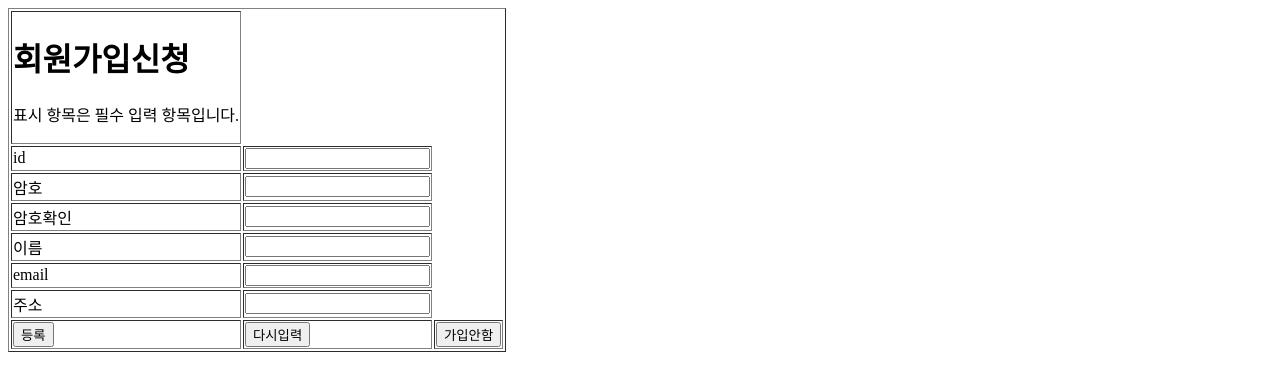
Repository: lch901/webStudy
Page: http://localhost/beanPro/register.jsp
These files come from the project's save history. The page is drawn as it stood at one moment and after the next save; the edit follows.
The browser window is 1280 px wide. The pictures show the whole page.
The page is served by Tomcat 9. Other server files are loaded and not shown.

Above is the page before, as saved 2020-08-25 00:43:48.

### beanPro/WebContent/register.jsp
<%@ page language="java" contentType="text/html; charset=UTF-8"
    pageEncoding="UTF-8"%>
<!DOCTYPE html PUBLIC "-//W3C//DTD HTML 4.01 Transitional//EN" "http://www.w3.org/TR/html4/loose.dtd">
<html>
<head>
<meta http-equiv="Content-Type" content="text/html; charset=UTF-8">
<title>Insert title here</title>
</head>
<body>
	<form action="resigerOk.jsp" method="get">
		<table border="1">
			<tr colspan="3">
				<td><h1>회원가입신청</h1><p>표시 항목은 필수 입력 항목입니다.</p></td>
			</tr>
			<tr><td>id</td><td><input type="text" name="mem_uid"></td></tr>
			<tr><td>암호</td><td><input type="text" name="mem_pwd"></td></tr>
			<tr><td>암호확인</td><td><input type="text" name="mem_name"></td></tr>
			<tr><td>이름</td><td><input type="text" name="mem_email"></td></tr>
			<tr><td>email</td><td><input type="text" name="mem_regdate"></td></tr>
			<tr><td>주소</td><td><input type="text" name="mem_addr"></td></tr>
			<tr>
				<td><input type="submit" value="등록"></td>
				<td><input type="reset" value="다시입력"></td>
				<td><input type="button" value="가입안함" onclick="location.href='login.jsp'"></td>
			</tr>
		</table>
	</form>
</body>
</html>

After the next save:
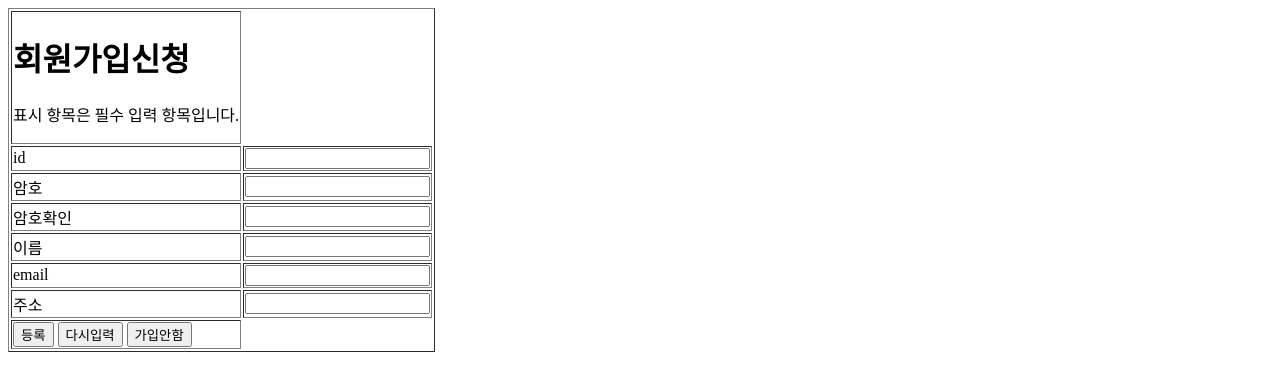
Saved 22 s later.
--- a/beanPro/WebContent/register.jsp
+++ b/beanPro/WebContent/register.jsp
@@ -19,9 +19,11 @@
 			<tr><td>email</td><td><input type="text" name="mem_regdate"></td></tr>
 			<tr><td>주소</td><td><input type="text" name="mem_addr"></td></tr>
 			<tr>
-				<td><input type="submit" value="등록"></td>
-				<td><input type="reset" value="다시입력"></td>
-				<td><input type="button" value="가입안함" onclick="location.href='login.jsp'"></td>
+				<td>
+					<input type="submit" value="등록">
+					<input type="reset" value="다시입력">
+					<input type="button" value="가입안함" onclick="location.href='login.jsp'">
+				</td>
 			</tr>
 		</table>
 	</form>
